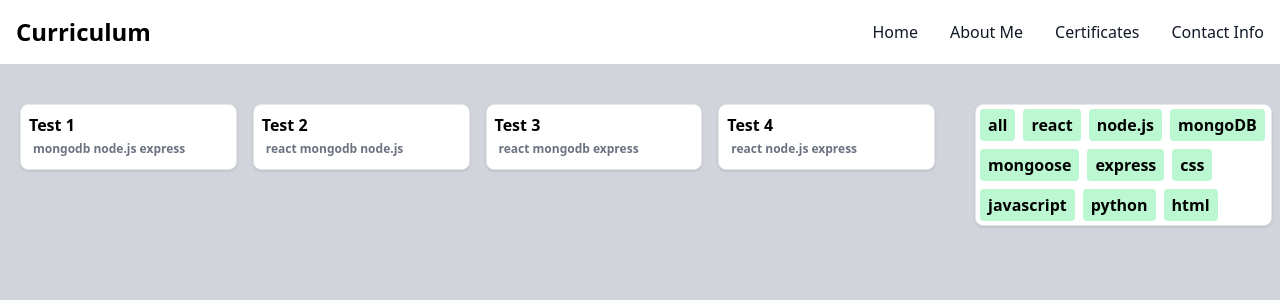
Repository: JetPi/Presentatio-Project
Page: /about/certificates
An editor plug-in stored every save of this project. The page is shown before and after the next save, followed by the edit.
The browser window is 1280 px wide. The pictures show the whole page.
The project was rebuilt for these pictures with package versions that can differ from the ones it lists, and the page was loaded fresh each time. The framework's server and built-in components were replaced by stand-ins that run in the browser. Also part of the build but not shown: next.config.js.

Above is the page before, as saved 2023-04-03 16:48:18.

After the next save:
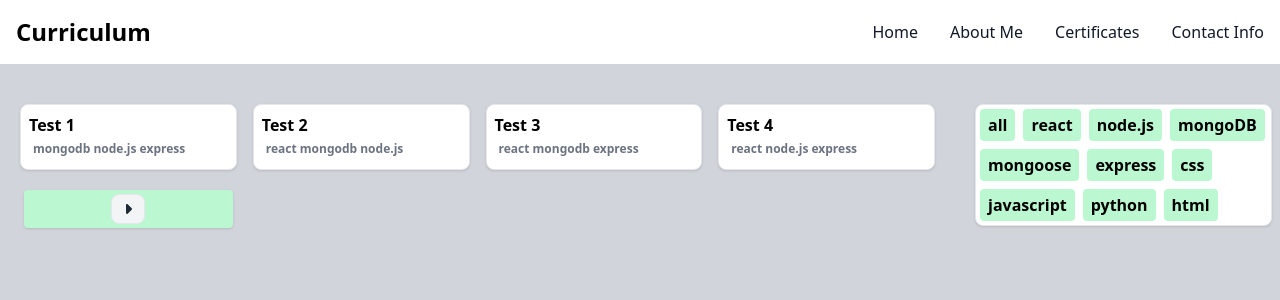
Saved 4 min 5 s later.
--- a/src/components/CertificateList.tsx
+++ b/src/components/CertificateList.tsx
@@ -2,6 +2,7 @@ import React, { MouseEventHandler, useEffect, useState } from "react";
 import { Url } from "url";
 import { Card, CardButton, CardTitle } from "./Card";
 import Image from "next/image";
+import { LinkButton } from "./Button";
 
 interface Props {
   itemList: Array<{
@@ -48,6 +49,21 @@ export default function CertificateList({ itemList, skillList }: Props) {
     setList(tempList);
   }
 
+  const url: Url = {
+    href: "/",
+    auth: null,
+    hash: null,
+    host: null,
+    hostname: null,
+    path: null,
+    pathname: null,
+    protocol: null,
+    search: null,
+    slashes: null,
+    port: null,
+    query: null,
+  };
+
   return (
     <div className="flex flex-row">
       <div className="grid w-3/4 grid-cols-4 gap-4 mx-5 mt-10">
@@ -63,6 +79,20 @@ export default function CertificateList({ itemList, skillList }: Props) {
             </Card>
           );
         })}
+        <LinkButton href={url}>
+          <kbd className="inline-flex items-center px-2 py-1.5 text-gray-800 bg-gray-100 border border-gray-200 rounded-lg dark:bg-gray-600 dark:text-gray-100 dark:border-gray-500">
+            <svg
+              className="w-4 h-4"
+              aria-hidden="true"
+              fill="currentColor"
+              xmlns="http://www.w3.org/2000/svg"
+              viewBox="0 0 256 512"
+            >
+              <path d="M118.6 105.4l128 127.1C252.9 239.6 256 247.8 256 255.1s-3.125 16.38-9.375 22.63l-128 127.1c-9.156 9.156-22.91 11.9-34.88 6.943S64 396.9 64 383.1V128c0-12.94 7.781-24.62 19.75-29.58S109.5 96.23 118.6 105.4z" />
+            </svg>
+            <span className="sr-only">Arrow key right</span>
+          </kbd>
+        </LinkButton>
       </div>
       <div className="w-1/4 mt-10 ml-5">
         <Card styling="mr-2">
